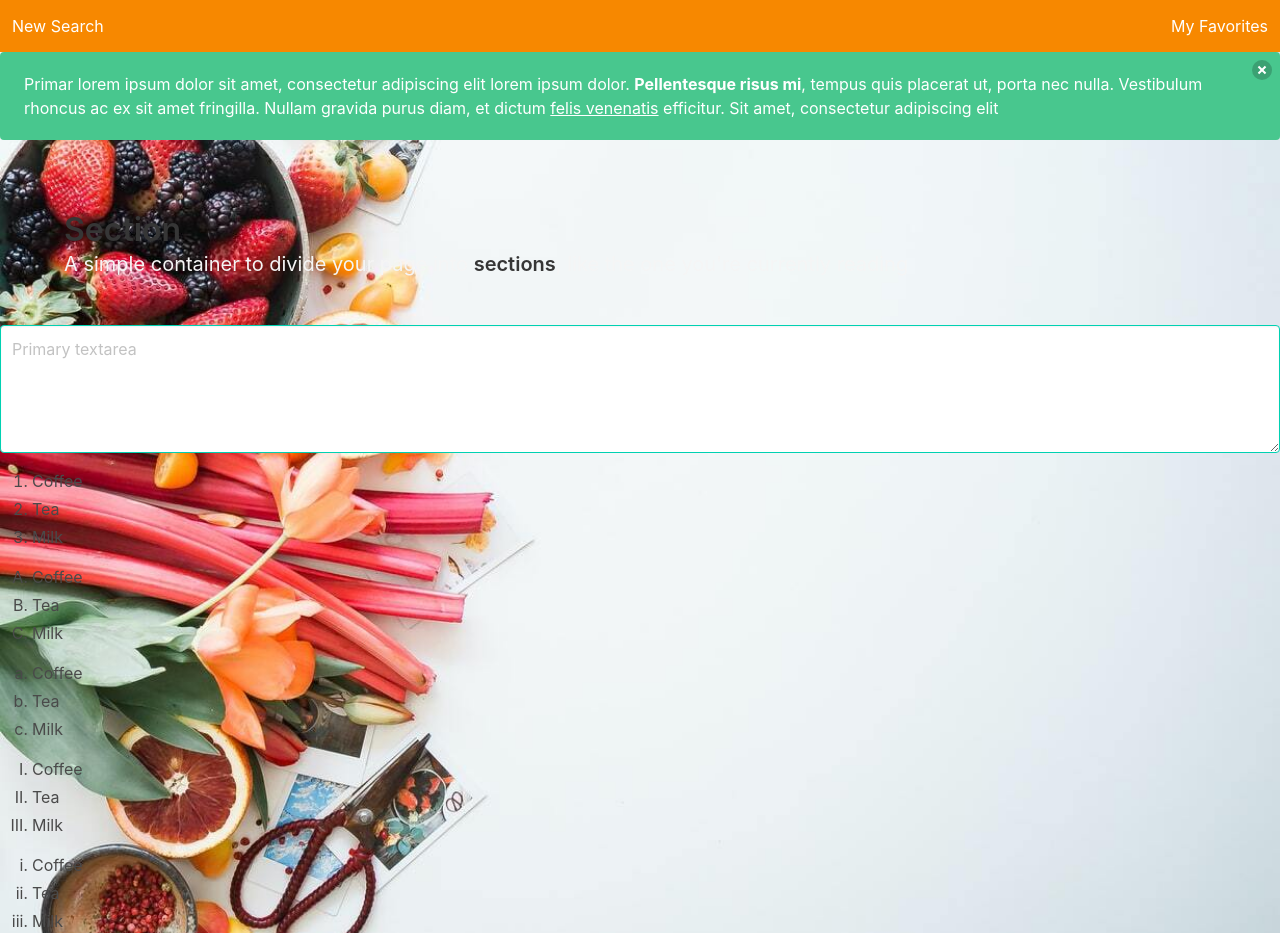
Repository: puakehaulani/the-hungry-app-proj1
Page: assets/style/Results.html
An editor plug-in stored every save of this project. The page is shown before and after the next save, followed by the edit.
The browser window is 1280 px wide. The pictures show the whole page.

Above is the page before, as saved 2020-10-15 19:35:38.

### assets/style/Results.html
<!DOCTYPE html>
<html lang="en">

<head>
    <meta charset="UTF-8">
    <meta name="viewport" content="width=device-width, initial-scale=1.0">
    <title>Hungry app</title>
    <link rel="stylesheet" href="https://cdn.jsdelivr.net/npm/bulma@0.9.1/css/bulma.min.css">
    <link rel="stylesheet" href="./style.css">
    <meta name="viewport" content="width=device-width, initial-scale=1">
</head>

<body>
  <nav class="navbar" role="navigation" aria-label="main navigation">
    <div class="navbar-menu">
        <div class="navbar-item">
            <a href="index.html">New Search</a>
        </div>
    </div>

    <div class="navbar-end">
        <div class="navbar-item">
            <a href="favorites.html">My Favorites </a>
        </div>

    </div>
</nav>
      <div class="notification is-success">
        <button class="delete"></button>
        Primar lorem ipsum dolor sit amet, consectetur
        adipiscing elit lorem ipsum dolor. <strong>Pellentesque risus mi</strong>, tempus quis placerat ut, porta nec nulla. Vestibulum rhoncus ac ex sit amet fringilla. Nullam gravida purus diam, et dictum <a>felis venenatis</a> efficitur. Sit amet,
        consectetur adipiscing elit
      </div>
      <body>
        <section class="section">
          <div class="container">
            <h1 class="title">Section</h1>
            <h2 class="subtitle has-text-light">
              A simple container to divide your page into <strong>sections</strong>, like the one you're currently reading
            </h2>
          </div>
        </section>

        <div class="field">
          <div class="control">
            <textarea class="textarea is-primary" placeholder="Primary textarea"></textarea>
          </div>
        </div>

        <div class="content">
          <ol type="1">
            <li>Coffee</li>
            <li>Tea</li>
            <li>Milk</li>
          </ol>
          <ol type="A">
            <li>Coffee</li>
            <li>Tea</li>
            <li>Milk</li>
          </ol>
          <ol type="a">
            <li>Coffee</li>
            <li>Tea</li>
            <li>Milk</li>
          </ol>
          <ol type="I">
            <li>Coffee</li>
            <li>Tea</li>
            <li>Milk</li>
          </ol>
          <ol type="i">
            <li>Coffee</li>
            <li>Tea</li>
            <li>Milk</li>
          </ol>
        </div>
</body>

</html>

### assets/style/style.css

html{
    background-image: url(images/foodOnSIde.jpg);
    background-size: cover;
    background-repeat: no-repeat;
}

.navbar{
    background-color: #F78800;
}

.navbar-item{
    color: white;
}

.navbar-item a{
    color: white;
}

.button{
    background-color: #f78800;
    color: white;
}

#ingredientSearch{
    display: inline-block;
}

th{
    background-color: #f78800;
    color: white !important;
}

/* Elements that only exist on results html*/

#favRecipes{
    min-height: 300px;
    color: black;
    background-color: white;
    border-style: solid;
    border-width: 2px;
    border-radius: 15px;
    border-color: #F78800;
}

#favRecipes h1{
    background-color: #F78800;
    font-size: 2rem;
    color: white;
    border-radius: 10px;
}

#favJokes{
    min-height: 300px;
    color: black;
    background-color: white;
    border-style: solid;
    border-width: 2px;
    border-radius: 15px;
    border-color: #F78800;
}

#favJokes h1{
    background-color: #F78800;
    font-size: 2rem;
    color: white;
    border-radius: 10px;
}

After the next save:
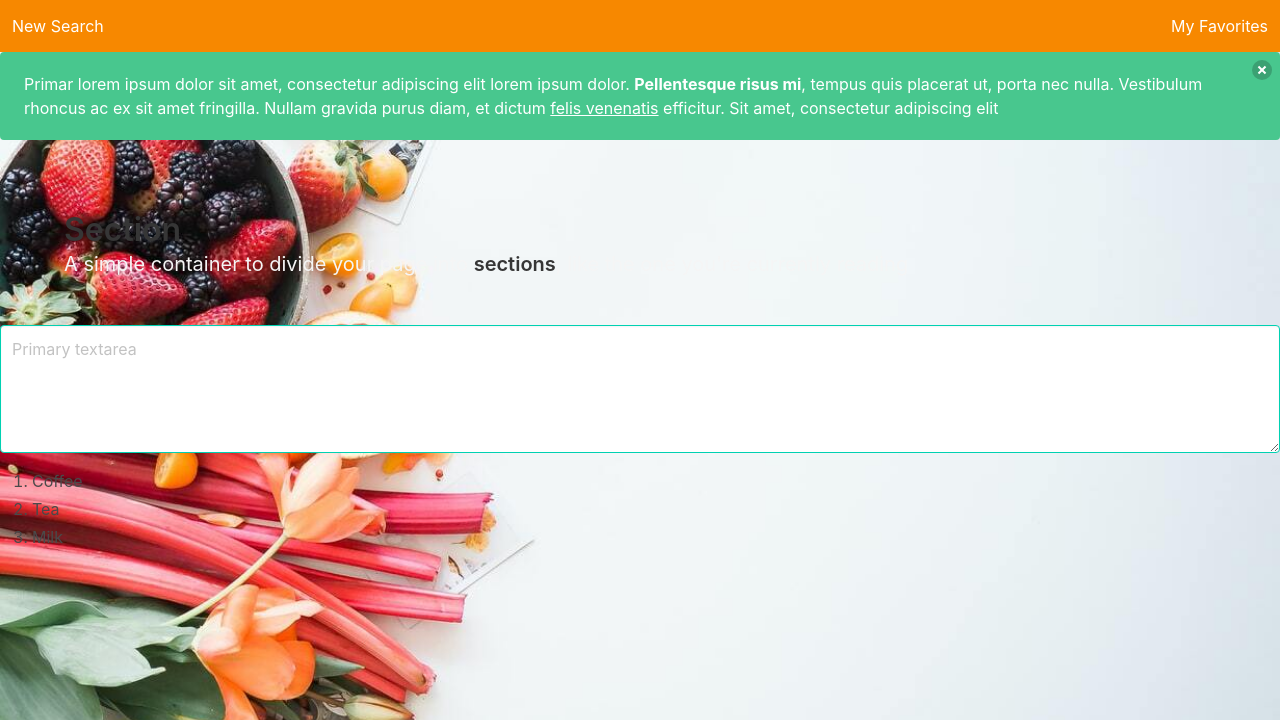
Saved 2 min 36 s later.
--- a/assets/style/Results.html
+++ b/assets/style/Results.html
@@ -53,26 +53,7 @@
             <li>Tea</li>
             <li>Milk</li>
           </ol>
-          <ol type="A">
-            <li>Coffee</li>
-            <li>Tea</li>
-            <li>Milk</li>
-          </ol>
-          <ol type="a">
-            <li>Coffee</li>
-            <li>Tea</li>
-            <li>Milk</li>
-          </ol>
-          <ol type="I">
-            <li>Coffee</li>
-            <li>Tea</li>
-            <li>Milk</li>
-          </ol>
-          <ol type="i">
-            <li>Coffee</li>
-            <li>Tea</li>
-            <li>Milk</li>
-          </ol>
+
         </div>
 </body>
 
